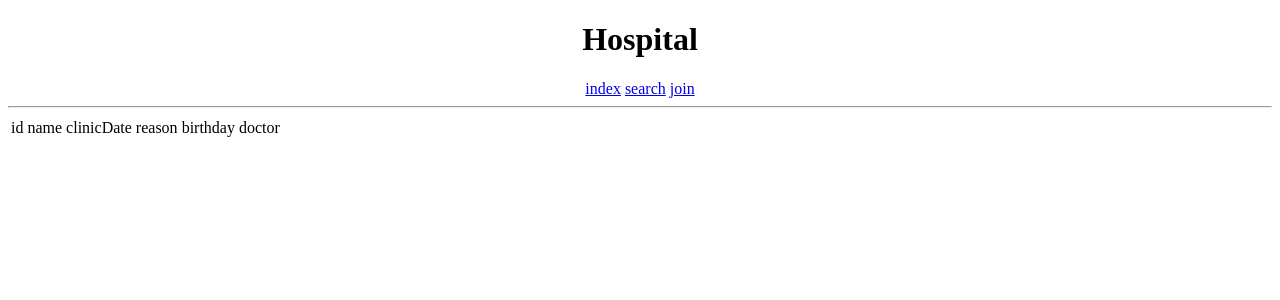
Repository: kimgh06/jsp_teamwork
Page: http://localhost/hospital/search.jsp
These files come from the project's save history. The page is drawn as it stood at one moment and after the next save; the edit follows.
The browser window is 1280 px wide. The pictures show the whole page.
The page is served by Tomcat 9. Queries for data that is not in the repository find no rows.

Above is the page before, as saved 2023-06-14 13:30:44.

### hospital/src/main/webapp/search.jsp
<%@page import="DBPKG.Util"%>
<%@page import="java.sql.*"%>
<%@ page language="java" contentType="text/html; charset=EUC-KR"
    pageEncoding="EUC-KR"%>
<!DOCTYPE html>
<html>
<head>
<meta charset="EUC-KR">
<title>Insert title here</title>
</head>
<body>
<jsp:include page="./header.jsp"></jsp:include><table >
<tr>
	<td>id</td>
	<td>name</td>
	<td>clinicDate</td>
	<td>reason</td>
	<td>birthday</td>
	<td>doctor</td>
</tr>

<%
Connection conn = null;
Statement stmt = null;
String grade = "";

try{
	conn = Util.getConnection();
	stmt = conn.createStatement();
	String sql = "select id, name, clinicdate, reason, birthday, (select name from doctor d where c.doctor = d.id) docname from client c";
	ResultSet rs = stmt.executeQuery(sql);
	while(rs.next()){
	%>
		<tr>
		<td><%=rs.getString("id") %></td>
		<td><%=rs.getString("name") %></td>
		<td><%=rs.getDate("clinicdate") %></td>
		<td><%=rs.getString("reason") %></td>
		<td><%=rs.getDate("birthday") %></td>
		<td><%=rs.getString("docname") %></td>
		<tr>
		<%
	}


}catch(Exception e){
	e.printStackTrace();
}
%>
</table>
</body>
</html>

### hospital/src/main/webapp/header.jsp
<%@ page language="java" contentType="text/html; charset=EUC-KR"
    pageEncoding="EUC-KR"%>
<!DOCTYPE html>
<html>
<head>
<meta charset="EUC-KR">
<title>Hospital</title>
</head>
<body>
<header style="text-align:center">
<h1>Hospital</h1>
<a href="./index.jsp">index</a>
<a href="./search.jsp">search</a>
<a href="./join.jsp">join</a>
<hr>
</header>
</body>
</html>

### hospital/src/main/java/DBPKG/Util.java
package DBPKG;

import java.sql.*;

public class Util {
	public static Connection getConnection() throws Exception{
		Class.forName("oracle.jdbc.OracleDriver");
		Connection con = DriverManager.getConnection(
				"jdbc:oracle:thin:@//localhost:1521/xe", "system", "1234"
				);
		return con;
	}
}

After the next save:
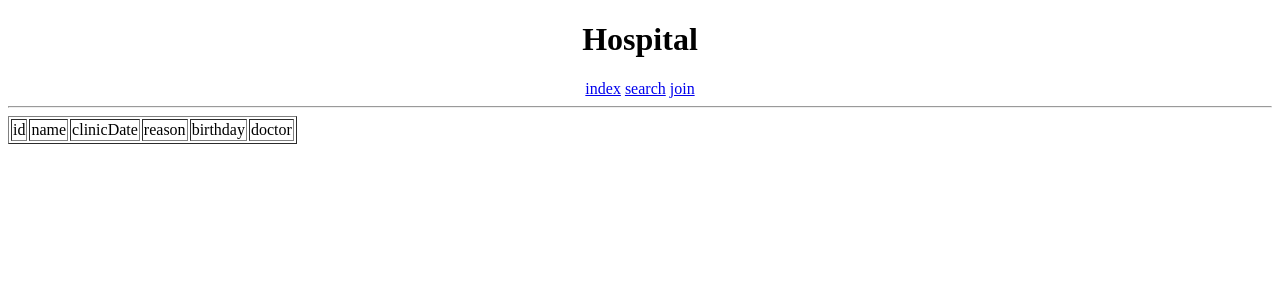
Saved 9 s later.
--- a/hospital/src/main/webapp/search.jsp
+++ b/hospital/src/main/webapp/search.jsp
@@ -9,7 +9,7 @@
 <title>Insert title here</title>
 </head>
 <body>
-<jsp:include page="./header.jsp"></jsp:include><table >
+<jsp:include page="./header.jsp"></jsp:include><table border='1'>
 <tr>
 	<td>id</td>
 	<td>name</td>
